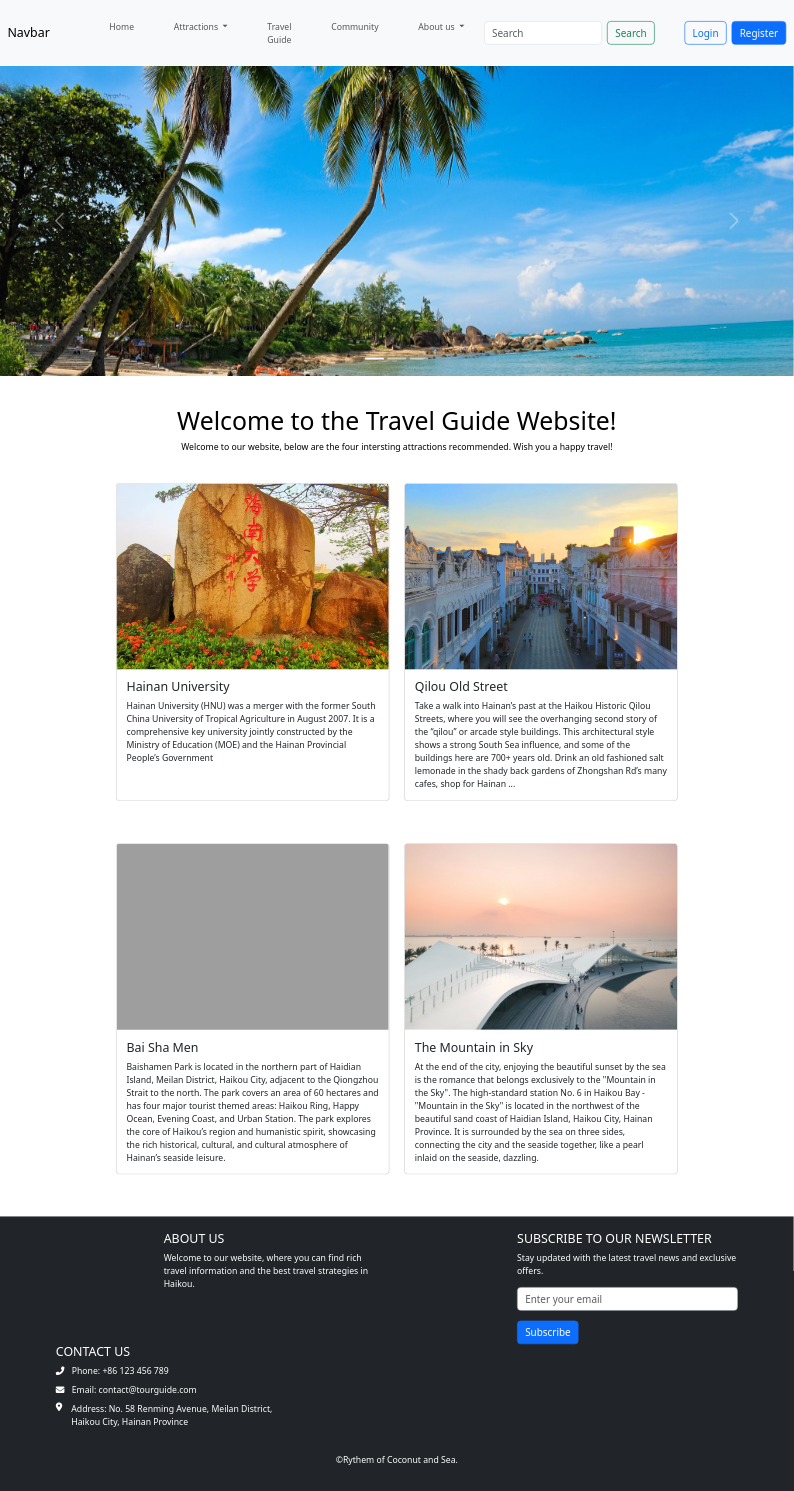
Repository: NIIT-RG6/web-project
Page: /
An editor plug-in stored every save of this project. The page is shown before and after a run of saves, followed by the edit.
The browser window is 1280 px wide. The pictures show the whole page, at 62% of full size.
Pictures or frames that could not be fetched are drawn as grey boxes. The project was rebuilt for these pictures with package versions that can differ from the ones it lists, and the page was loaded fresh each time. Also part of the build but not shown: vue.config.js, src/views/College.vue, src/views/Foods.vue, src/views/Park.vue, src/views/Sky.vue, src/views/Street.vue, src/views/StrategyHome.vue, src/views/StrategyBlog.vue and 6 more. Imported but missing from the stored project, and not drawn on this page: src/assets/js/vuetify.js.

Above is the page before, as saved 2024-10-25 03:42:25.

### src/main.js
import 'bootstrap/dist/css/bootstrap.min.css';
import 'bootstrap/dist/js/bootstrap.bundle.min.js';
import "element-plus/dist/index.css";
import '@fortawesome/fontawesome-free/css/all.css';

import * as ElementPlusIconsVue from "@element-plus/icons-vue";

import { createApp } from 'vue';
import App from './App.vue';
import router from './router';
//import vuetify from '../src/assets/js/vuetify'
import ElementPlus from "element-plus";



//import '../src/assets/js/vuetify'
import '@/assets/css/global.css'


createApp(App)
  .use(ElementPlus)
  .use(router)
  //.use(vuetify)
  .use((app) => {
    for (const [key, component] of Object.entries(ElementPlusIconsVue)) {
      app.component(key, component);
    }
  })
  .mount("#app");


// Vue.use(vuetify)
// Vue.config.productionTip = false
// new Vue({
//   vuetify,
//   router,
//   render: h => h(App)
// }).$mount('#app')

### src/App.vue
<template>
	<div id="app">
		<!-- 只有在当前路径不属于隐藏列表时才显示 NavBar -->
		<NavBar v-if="!shouldHideNavAndFooter" />

		<!-- 路由视图 -->
		<router-view />

		<!-- 只有在当前路径不属于隐藏列表时才显示 AppFooter -->
		<AppFooter v-if="!shouldHideNavAndFooter" />
	</div>
</template>

<script>
//import "./style.css";
import NavBar from './components/NavBar.vue';
import AppFooter from './components/AppFooter.vue';
import { computed } from 'vue';
import { useRoute } from 'vue-router';


export default {
	components: {
		NavBar,
		AppFooter
	},
	setup() {
		// 使用 useRoute 钩子获取当前路由
		const route = useRoute();

		// 定义需要隐藏 NavBar 和 AppFooter 的路径
		const hiddenRoutes = ['/login', '/register', '/forgot', '/about-us/contract', '/about-us/privacy'];

		// 判断当前路由路径是否在隐藏列表中
		const shouldHideNavAndFooter = computed(() => hiddenRoutes.includes(route.path));

		return {
			shouldHideNavAndFooter
		};
	}
};
</script>

<style scoped lang="less"></style>

### src/router/index.js
import { createRouter, createWebHistory } from 'vue-router';

// import vue from 'vue';
// import VueRouter from 'vue-router';

// Vue.use(VueRouter);
//Static import
import HomePage from '../views/HomePage.vue';
import College from '@/views/College.vue';
import Foods from '@/views/Foods.vue';
import Park from '@/views/Park.vue';
import Sky from '@/views/Sky.vue';
import Street from '@/views/Street.vue';
import StrategyHome from '../views/StrategyHome.vue';
import StrategyBlog from '../views/StrategyBlog.vue';
import InteractiveCommunity from '../views/InteractiveCommunity.vue';

// Dynamic import(lazy loading)
const LoginPage = () => import('@/views/LoginPage.vue');
const RegisterPage = () => import('@/views/RegisterPage.vue');
const ForgotPassword = () => import('@/views/ForgotPassword.vue');
const ContractPage = () => import('@/views/ContractPage.vue');
const PrivacyPolicy = () => import('@/views/PrivacyPolicy.vue');
const TeamPage = () => import('@/views/TeamPage.vue');

const routes = [
  //Static routes
  { path: '/', name: 'HomePage', component: HomePage },
  { path: '/attractions/college', name: 'College', component: College },
  { path: '/attractions/foods', name: 'Foods', component: Foods },
  { path: '/attractions/park', name: 'Park', component: Park },
  { path: '/attractions/sky', name: 'Sky', component: Sky },
  { path: '/attractions/street', name: 'Street', component: Street },
  { path: '/guide', name: 'Strategy', component: StrategyHome },
  { path: '/guide/blog', name: 'Strategy/Blog', component: StrategyBlog },
  { path: "/community", name: "community", component: InteractiveCommunity },

  // Dynamic routes(lazy loading)
  { path: '/login', name: 'LoginPage', component: LoginPage },
  { path: '/register', name: 'RegisterPage', component: RegisterPage },
  { path: '/forgot', name: 'ForgotPassword', component: ForgotPassword },
  { path: '/about-us/contract', name: 'ContractPage', component: ContractPage },
  { path: '/about-us/privacy', name: 'PrivacyPolicy', component: PrivacyPolicy },
  { path: '/about-us/team', name: 'TeamPage', component: TeamPage },

  // {
  //   path: '/login',
  //   name: 'login',
  //   component: () => import('@/views/LoginPage.vue')
  // },
  // {
  //   path: '/register',
  //   name: 'register',
  //   component: () => import('@/views/RegisterPage.vue')
  // },
  // {
  //   path: '/forgot',
  //   name: 'forgot',
  //   component: () => import('@/views/ForgotPassword.vue')
  // },
  // {
  //   path: '/Contract',
  //   name: 'Contract',
  //   component: () => import('@/views/ContractPage.vue')
  // },
  // {
  //   path: '/Privacy',
  //   name: 'Privacy',
  //   component: () => import('@/views/PrivacyPolicy.vue')
  // },
  // {
  //   path: '/Team',
  //   name: 'Team',
  //   component: () => import('@/views/TeamPage.vue')
  // }
];

const router = createRouter({
  history: createWebHistory(process.env.BASE_URL),
  routes
});

export default router;

### src/assets/css/global.css
/* * {
    box-sizing: border-box;
} */
 body {
    color: #000;
    font-size: 14px;
    margin: 0;
    padding: 0;
 }

### src/components/NavBar.vue
<template>
  <nav class="navbar navbar-expand-lg bg-body-tertiary py-4">
    <div class="container-fluid">
      <a class="navbar-brand" href="#">Navbar</a>
      <button class="navbar-toggler" type="button" data-bs-toggle="collapse" data-bs-target="#navbarSupportedContent"
        aria-controls="navbarSupportedContent" aria-expanded="false" aria-label="Toggle navigation">
        <span class="navbar-toggler-icon"></span>
      </button>
      <div class="collapse navbar-collapse" id="navbarSupportedContent">
        <ul class="navbar-nav me-auto mb-2 mb-lg-0 mx-5">
          <li class="nav-item mx-4">
            <router-link to="/" class="nav-link">Home</router-link>
          </li>

          <!-- Attractions Dropdown -->
          <li class="nav-item dropdown mx-4">
            <a class="nav-link dropdown-toggle" href="#" role="button" data-bs-toggle="dropdown" aria-expanded="false">
              Attractions
            </a>
            <ul class="dropdown-menu">
              <li><router-link to="/attractions/college" class="dropdown-item">Hainan University</router-link></li>
              <li><router-link to="/attractions/park" class="dropdown-item">Baishamen Park</router-link></li>
              <li><router-link to="/attractions/sky" class="dropdown-item">The Sky Mountain</router-link></li>
              <li><router-link to="/attractions/street" class="dropdown-item">Qilou Street</router-link></li>
              <li><router-link to="/attractions/foods" class="dropdown-item">Haikou Foods</router-link></li>
            </ul>
          </li>

          <li class="nav-item mx-4">
            <router-link to="/guide" class="nav-link">Travel Guide</router-link>
          </li>

          <li class="nav-item mx-4">
            <router-link to="/community" class="nav-link">Community</router-link>
          </li>

          <!-- About Us Dropdown -->
          <li class="nav-item dropdown mx-4">
            <a class="nav-link dropdown-toggle" href="#" role="button" data-bs-toggle="dropdown" aria-expanded="false">
              About us
            </a>
            <ul class="dropdown-menu">
              <li><router-link to="/about-us/team" class="dropdown-item">Team</router-link></li>
              <li><router-link to="/about-us/contract" class="dropdown-item">Contract</router-link></li>
              <li><router-link to="/about-us/privacy" class="dropdown-item">Privacy</router-link></li>
            </ul>
          </li>
        </ul>

        <!-- Search Form -->
        <form class="d-flex mx-auto" role="search">
          <input class="form-control me-2" type="search" placeholder="Search" aria-label="Search">
          <button class="btn btn-outline-success" type="submit">Search</button>
        </form>

        <!-- Login and Register Buttons -->
        <router-link to="/login" class="btn btn-outline-primary ms-5">Login</router-link>
        <router-link to="/register" class="btn btn-primary ms-2">Register</router-link>
      </div>
    </div>
  </nav>
</template>

<script>
export default {
  name: 'NavBar'
}
</script>

### src/components/AppFooter.vue
<template>
    <footer class="footer bg-dark text-white py-4">
        <div class="container">
            <div class="row">
                <!-- About us -->
                <div class="col-md-4 mx-auto">
                    <!-- <img :src="" alt=""> -->
                    <h5>ABOUT US</h5>
                    <p>Welcome to our website, where you can find rich travel information and the best travel strategies
                        in Haikou.</p>
                </div>

                <!-- Quick Links -->
                <div class="col-md-4 mx-2">
                    <h5>SUBSCRIBE TO OUR NEWSLETTER</h5>
                    <p>Stay updated with the latest travel news and exclusive offers.</p>
                    <form>
                        <div class="mb-3">
                            <input type="email" class="form-control" placeholder="Enter your email" />
                        </div>
                        <button type="submit" class="btn btn-primary">Subscribe</button>
                    </form>
                </div>


                <!-- NEWSLETTER SIGNUP -->
                <div class="col-md-4 mx-2">
                    <h5>CONTACT US</h5>
                    <ul class="list-unstyled contact-info">
                        <li>
                            <i class="fas fa-phone-alt"></i> Phone: +86 123 456 789
                        </li>
                        <li>
                            <i class="fas fa-envelope"></i> Email: contact@tourguide.com
                        </li>
                        <li class="address-item">
                            <i class="fas fa-map-marker-alt"></i> Address: No. 58 Renming Avenue, Meilan District,
                            Haikou City, Hainan Province
                        </li>
                    </ul>
                </div>
            </div>
            <div class="row mt-4">
                <div class="col text-center">
                    <p>&copy;Rythem of Coconut and Sea. </p>
                </div>
            </div>
        </div>
    </footer>
</template>

<script>
export default {
    name: 'AppFooter'
}
</script>

<style scoped>
.footer {
    background-color: #343a40;
    color: #ffffff;
    padding: 20px 0;
}

.contact-info li {
    margin-bottom: 10px;
}

.contact-info i {
    margin-right: 8px;
}

.footer a {
    color: #ffffff;
    transition: color 0.3s;
}

.footer a:hover {
    color: #dddddd;
}

.address-item {
    position: relative;
    padding-left: 25px;
}

.address-item i {
    position: absolute;
    left: 0;
    top: 0;
}

.address-item span {
    display: inline-block;
    margin-left: 25px;
}
</style>

### src/views/HomePage.vue
<template>
    <div class="homepage">
        <!-- carousel slide -->

        <div id="carouselExampleIndicators" class="carousel slide">
            <div class="carousel-indicators">
                <button type="button" data-bs-target="#carouselExampleIndicators" data-bs-slide-to="0" class="active"
                    aria-current="true" aria-label="Slide 1"></button>
                <button type="button" data-bs-target="#carouselExampleIndicators" data-bs-slide-to="1"
                    aria-label="Slide 2"></button>
                <button type="button" data-bs-target="#carouselExampleIndicators" data-bs-slide-to="2"
                    aria-label="Slide 3"></button>
            </div>
            <div class="carousel-inner">
                <div class="carousel-item active">
                    <img :src="firstImage" class="d-block w-100 custom-carousel-img" alt="..." />
                </div>
                <div class="carousel-item">
                    <img :src="secondImage" class="d-block w-100 custom-carousel-img" alt="..." />
                </div>
                <div class="carousel-item">
                    <img :src="thirdImage" class="d-block w-100 custom-carousel-img" alt="..." />
                </div>
            </div>
            <button class="carousel-control-prev" type="button" data-bs-target="#carouselExampleIndicators"
                data-bs-slide="prev">
                <span class="carousel-control-prev-icon" aria-hidden="true"></span>
                <span class="visually-hidden">Previous</span>
            </button>
            <button class="carousel-control-next" type="button" data-bs-target="#carouselExampleIndicators"
                data-bs-slide="next">
                <span class="carousel-control-next-icon" aria-hidden="true"></span>
                <span class="visually-hidden">Next</span>
            </button>
        </div>

        <!-- main content -->
        <div class="container mt-5">
            <h1 class="text-center">Welcome to the Travel Guide Website!</h1>
            <p class="text-center">{{ message }}</p>
        </div>

        <!-- card -->
        <div class="container row mt-5 mx-auto justify-content-center">
            <div class="col-md-5 mb-5 card-group" v-for="(attraction, index) in Attractions" :key="index">
                <div class="card">
                    <img :src="attraction.image" class="card-img-top custom-card-img" :alt="attraction.name">
                    <div class="card-body">
                        <h5 class="card-title">{{ attraction.name }}</h5>
                        <p class="card-text">{{ attraction.description }}</p>
                    </div>
                </div>
            </div>
        </div>
    </div>
</template>

<script>
export default {
    name: "HomePage",
    data() {
        return {
            message: "Welcome to our website, below are the four intersting attractions recommended. Wish you a happy travel!",
            firstImage: require('@/assets/images/Carousel1.jpg'),
            secondImage: require('@/assets/images/QiLou.webp'),
            thirdImage: require('@/assets/images/SkyMountain.png'),
            Attractions: [
                {
                    name: 'Hainan University',
                    description: 'Hainan University (HNU) was a merger with the former South China University of Tropical Agriculture in August 2007. It is a comprehensive key university jointly constructed by the Ministry of Education (MOE) and the Hainan Provincial People’s Government',
                    image: require('@/assets/images/HNU.jpg')
                },
                {
                    name: 'Qilou Old Street',
                    description: 'Take a walk into Hainan’s past at the Haikou Historic Qilou Streets, where you will see the overhanging second story of the “qilou” or arcade style buildings. This architectural style shows a strong South Sea influence, and some of the buildings here are 700+ years old. Drink an old fashioned salt lemonade in the shady back gardens of Zhongshan Rd’s many cafes, shop for Hainan ...',
                    image: require('@/assets/images/QiLou.webp')
                },
                {
                    name: 'Bai Sha Men',
                    description: 'Baishamen Park is located in the northern part of Haidian Island, Meilan District, Haikou City, adjacent to the Qiongzhou Strait to the north. The park covers an area of 60 hectares and has four major tourist themed areas: Haikou Ring, Happy Ocean, Evening Coast, and Urban Station. The park explores the core of Haikou’s region and humanistic spirit, showcasing the rich historical, cultural, and cultural atmosphere of Hainan’s seaside leisure.',
                    image: require('@/assets/images/BaiShaMen.png')
                },
                {
                    name: 'The Mountain in Sky',
                    description: 'At the end of the city, enjoying the beautiful sunset by the sea is the romance that belongs exclusively to the "Mountain in the Sky". The high-standard station No. 6 in Haikou Bay - "Mountain in the Sky" is located in the northwest of the beautiful sand coast of Haidian Island, Haikou City, Hainan Province. It is surrounded by the sea on three sides, connecting the city and the seaside together, like a pearl inlaid on the seaside, dazzling.',
                    image: require('@/assets/images/SkyMountain.png')
                }
            ]
        };
    }
};
</script>

<style scoped>
.custom-carousel-img {
    height: 500px;
    object-fit: cover;
}

.card {
    margin-bottom: 20px;
}

.custom-card-img {
    height: 300px;
    object-fit: cover;
}
</style>

Loaded but not shown: public/index.html (common file)

After the next 2 saves:
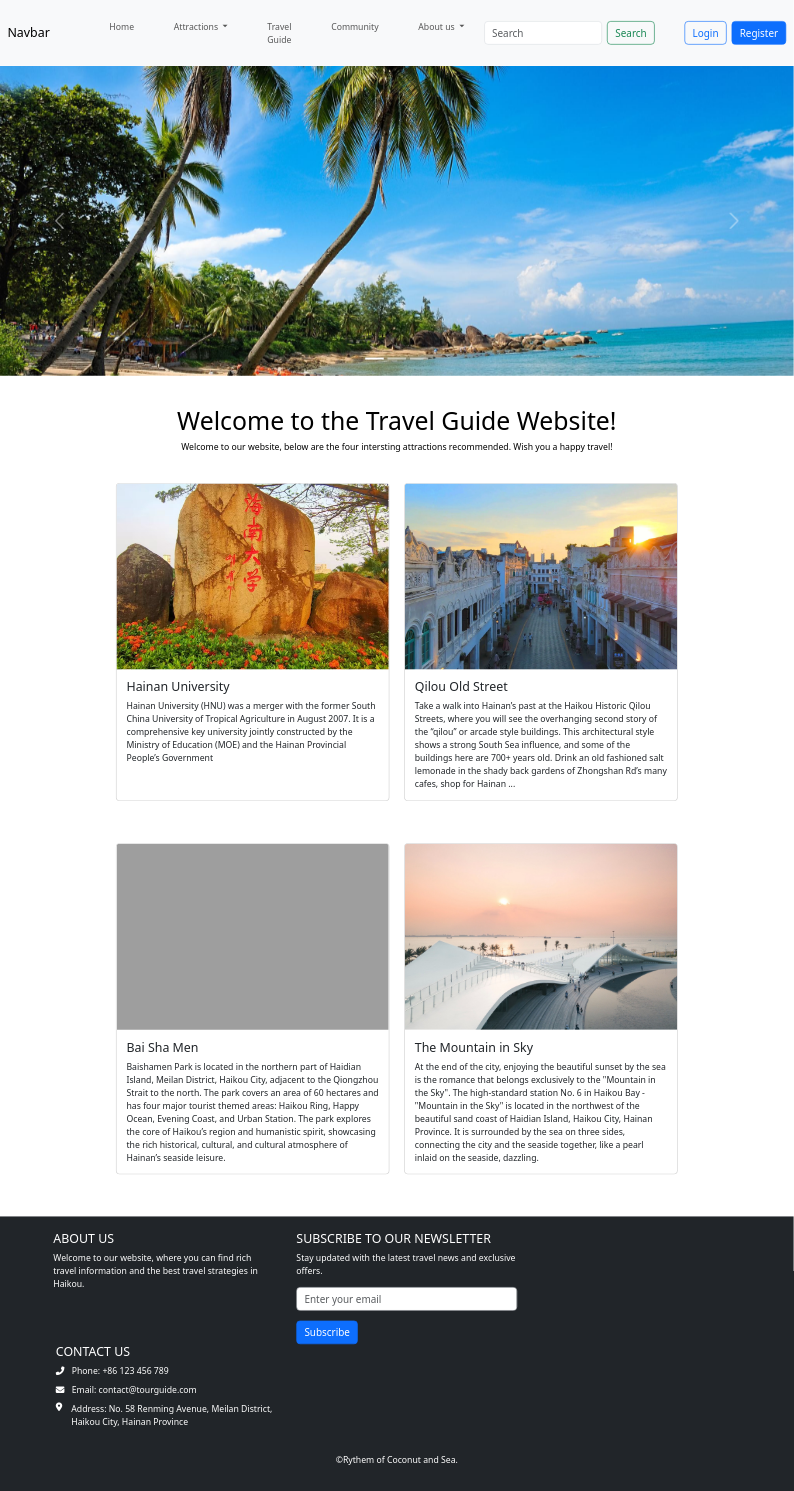
The 2 saves are shown as one change because they came seconds apart.
The last was saved 9 s later.
--- a/src/components/AppFooter.vue
+++ b/src/components/AppFooter.vue
@@ -3,7 +3,7 @@
         <div class="container">
             <div class="row">
                 <!-- About us -->
-                <div class="col-md-4 mx-auto">
+                <div class="col-md-4 mx-1">
                     <!-- <img :src="" alt=""> -->
                     <h5>ABOUT US</h5>
                     <p>Welcome to our website, where you can find rich travel information and the best travel strategies
